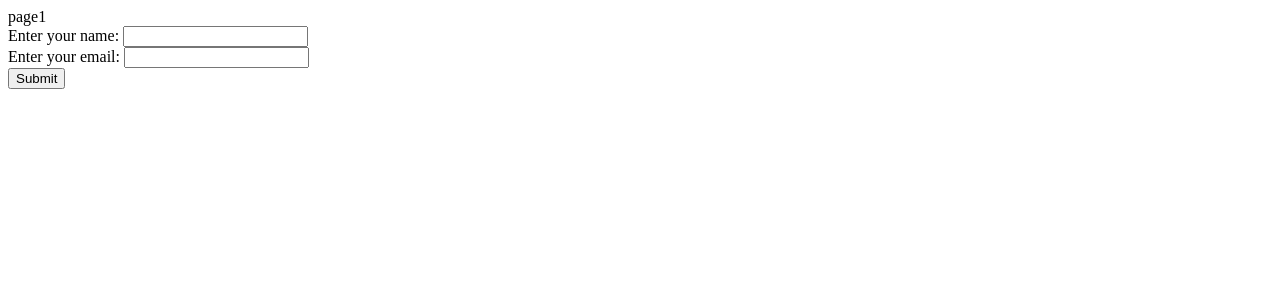
Repository: MacCampers/java-stuff
Page: http://localhost/projetJSP1/page1.jsp
The author's editor kept a copy of each file at every save. The page is drawn from the files as they stood at one save, then again after the next save.
The browser window is 1280 px wide. The pictures show the whole page.
The page is served by Tomcat 9.

Above is the page before, as saved 2020-02-06 09:03:49.

After the next save:
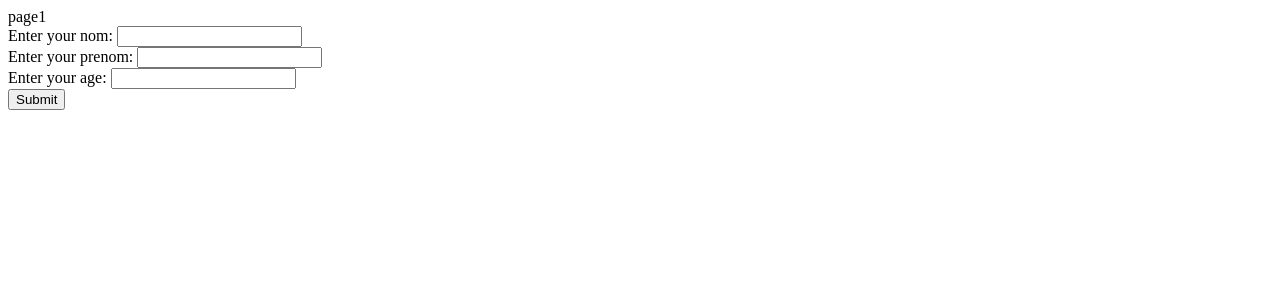
Saved 3 min 57 s later.
--- a/workspaceJSP/projetJSP1/WebContent/page1.jsp
+++ b/workspaceJSP/projetJSP1/WebContent/page1.jsp
@@ -9,14 +9,18 @@
 <body>
 page1
 
-<form action="page2.jsp&x=y" method="post">
+<form action="page2.jsp&ageMin=18" method="post">
   <div class="form-example">
-    <label for="name">Enter your name: </label>
+    <label for="name">Enter your nom: </label>
     <input type="text" name="name" id="name" required>
   </div>
   <div class="form-example">
-    <label for="email">Enter your email: </label>
+    <label for="email">Enter your prenom: </label>
     <input type="text" name="prenom" id="prenom" required>
+  </div>
+    <div class="form-example">
+    <label for="email">Enter your age: </label>
+    <input type="number" name="prenom" id="age" required>
   </div>
   <div class="form-example">
     <input type="submit" value="Submit">
